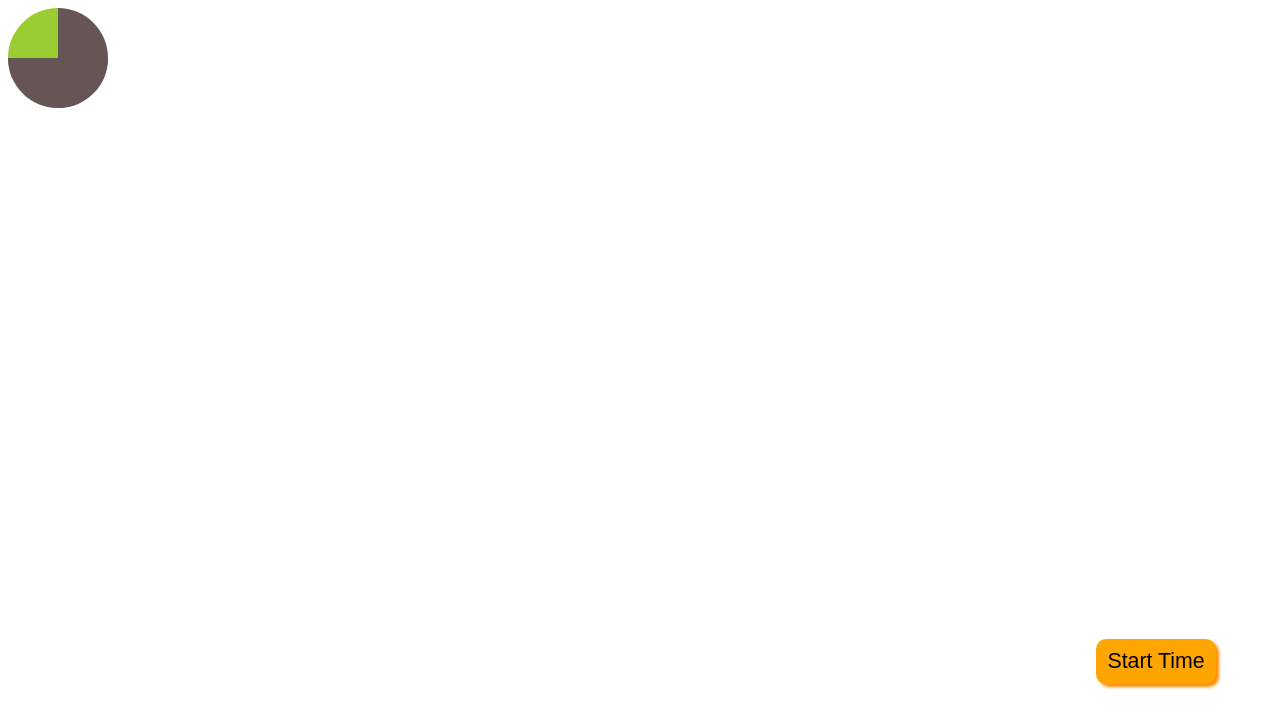
Repository: sylviaah/dynamicmidterm
Page: timer.html
These files come from the project's save history. The page is drawn as it stood at one moment and after the next save; the edit follows.
The browser window is 1280 px wide. The pictures show the whole page.
After loading, the first visible `div.startTime` was clicked once.

Above is the page before, as saved 2020-03-13 10:28:07.
Console error: RangeError: Maximum call stack size exceeded

After the next save:
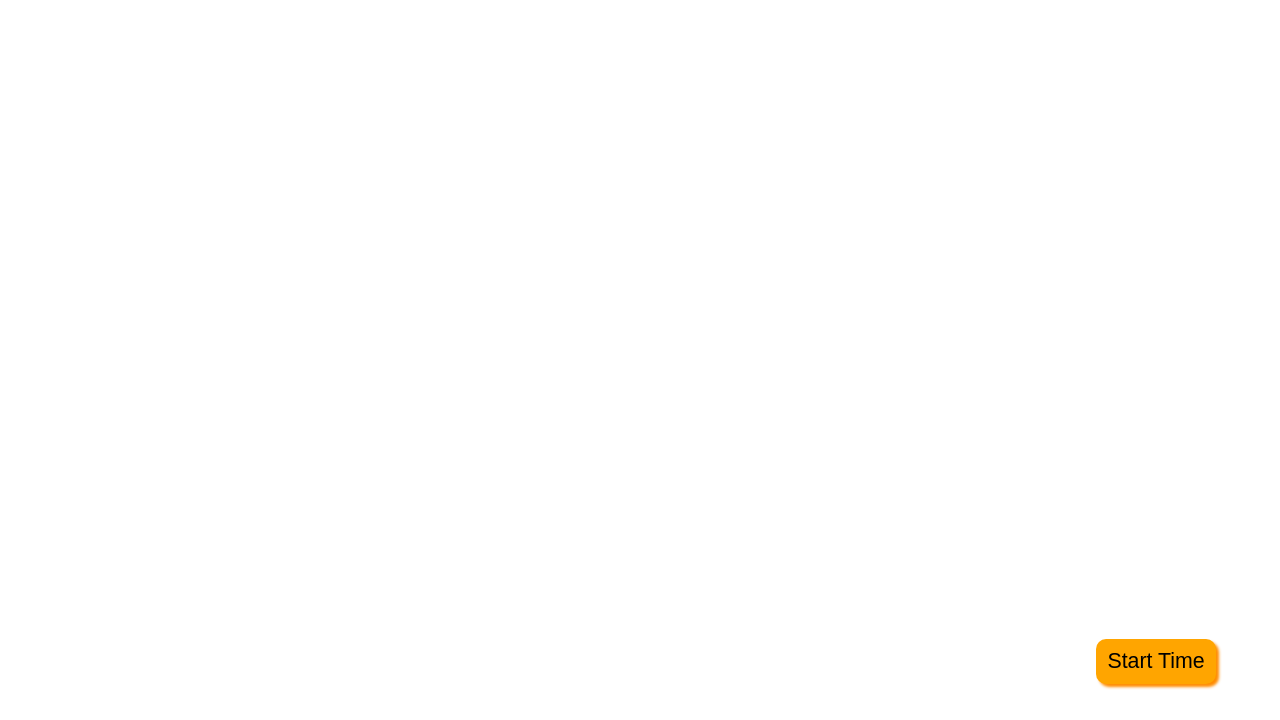
Console error: SyntaxError: Unexpected token ','
Saved 41 s later.
--- a/timer.js
+++ b/timer.js
@@ -3,7 +3,7 @@
     function start(){
         document.querySelector(".timer").style.visibility = 'visible';
         document.querySelector(".innerTimer").style.display = 'block';
-        timeOut = setTimeout(start(), 5000);
+        timeOut = setTimeout(, 5000);
         stop();
     }
 

After the 2 saves that followed:
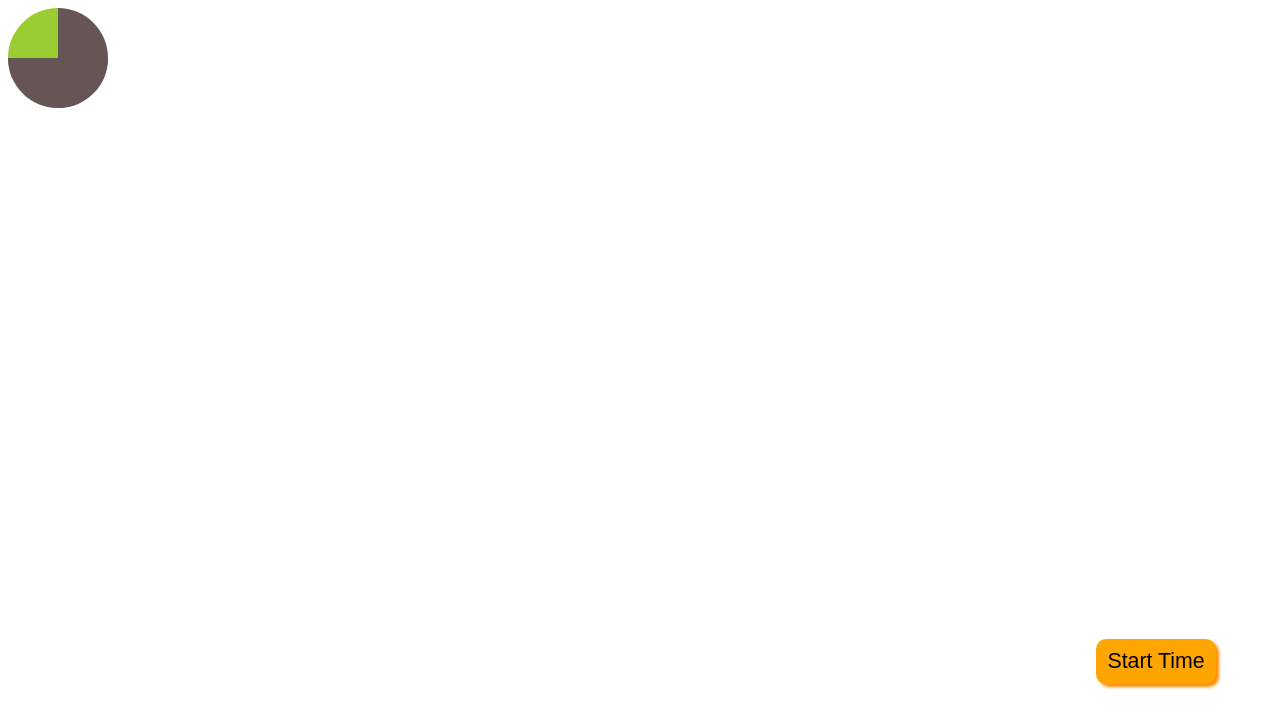
Console error: RangeError: Maximum call stack size exceeded
The 2 saves are shown as one change because 1 left the picture as it was.
The last was saved 16 s later.
--- a/timer.js
+++ b/timer.js
@@ -3,7 +3,7 @@
     function start(){
         document.querySelector(".timer").style.visibility = 'visible';
         document.querySelector(".innerTimer").style.display = 'block';
-        timeOut = setTimeout(, 5000);
+        timeOut = setTimeout(start(), 5000);
         stop();
     }
 
